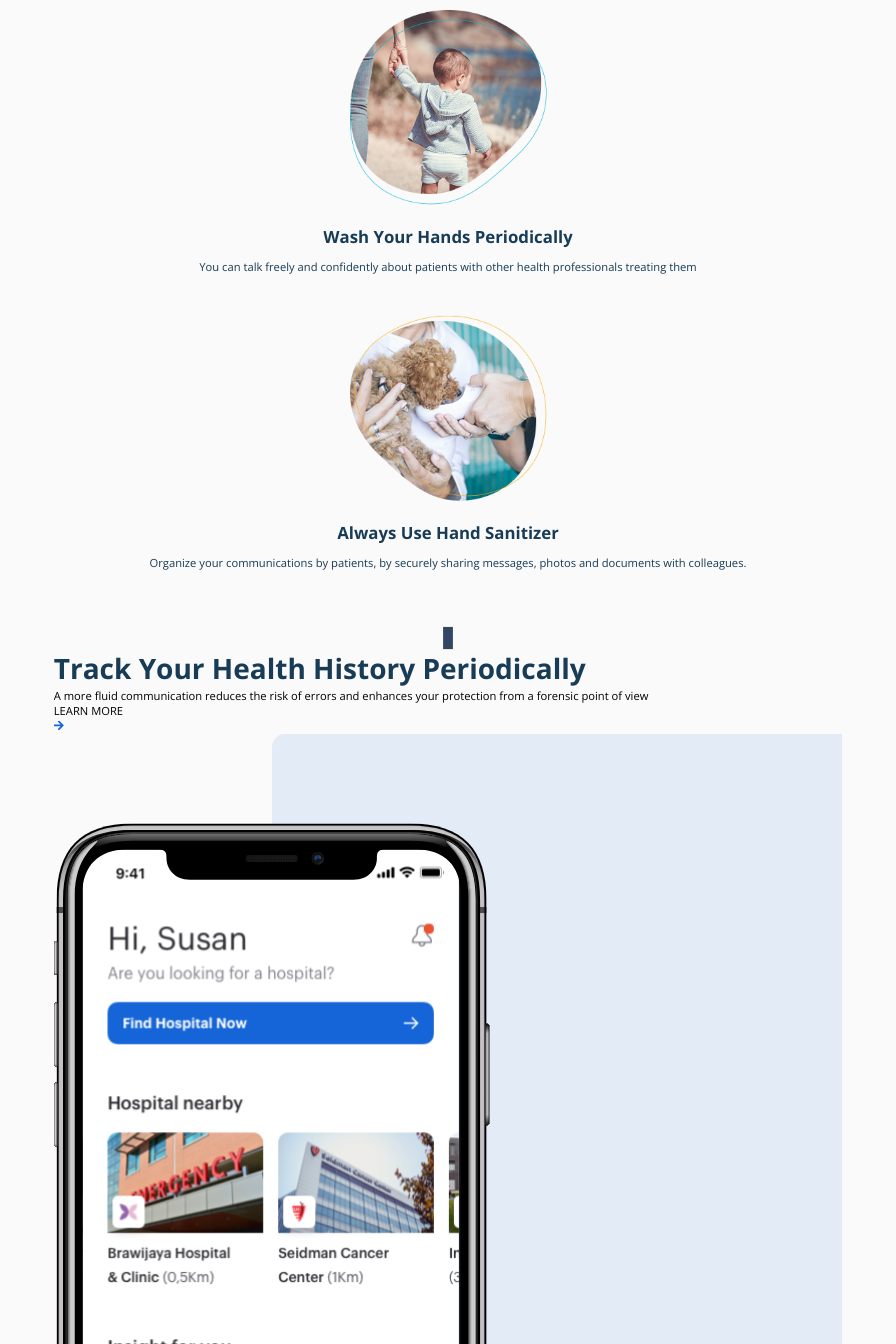
Repository: Esttevo/prova-html-css
Page: index.html
These files come from the project's save history. The page is drawn as it stood at one moment and after the next save; the edit follows.
The browser window is 1280 px wide. The pictures show the part of the page from y = 4145 to 6065 px (the page is 8444 px tall), at 70% of full size.
A picture or video elsewhere on the page could not be fetched, so the positions and the page height are approximate.

Above is the page before, as saved 2026-09-01 15:07:11.

After the next save:
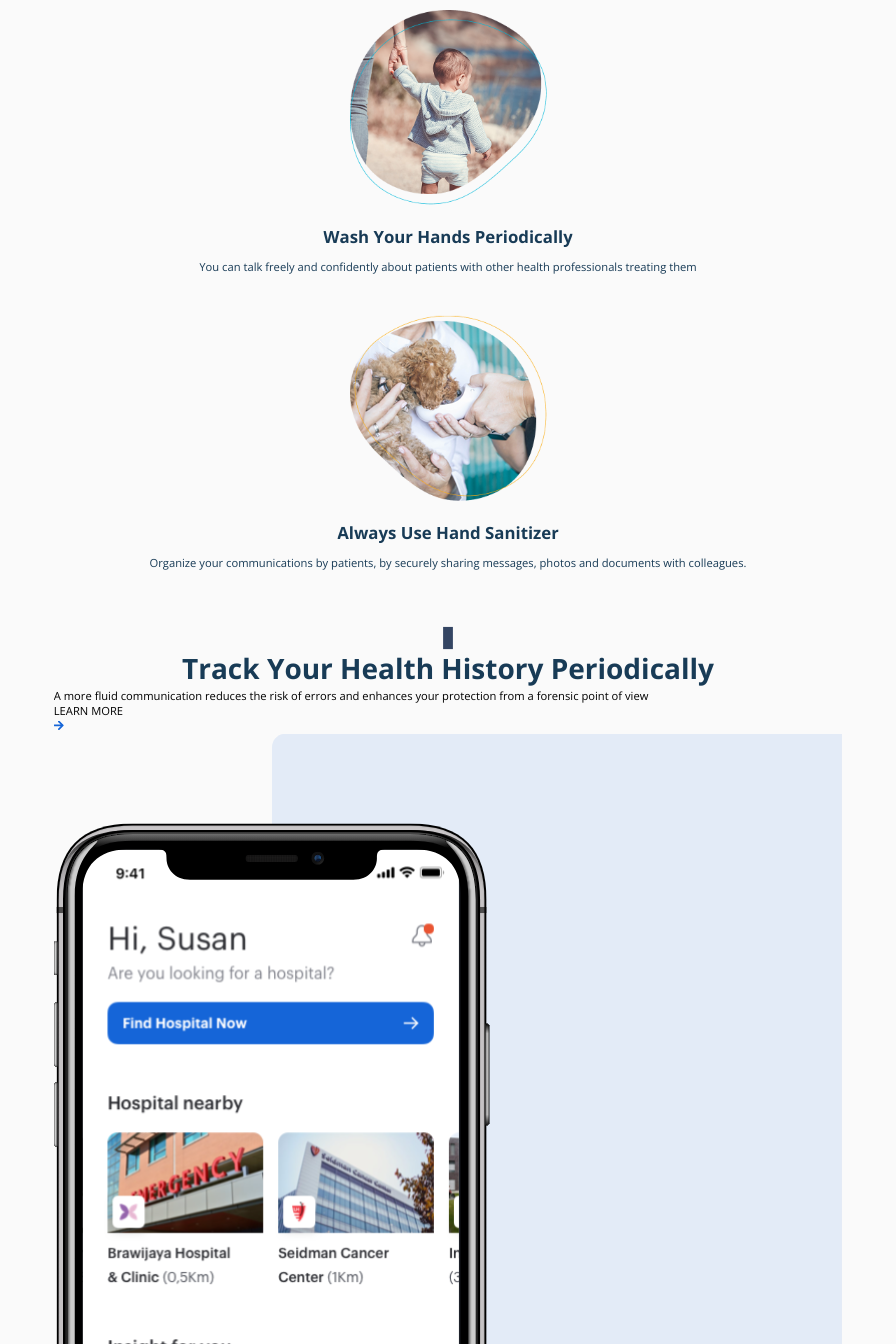
Saved 4 s later.
--- a/style.css
+++ b/style.css
@@ -293,5 +293,5 @@ header {
 #section-health h2 {
     color: var(--primary-title-font-color);
     font-size: clamp(28px, 5vw, 40px);
-    align
-}
+    text-align: center;
+}
